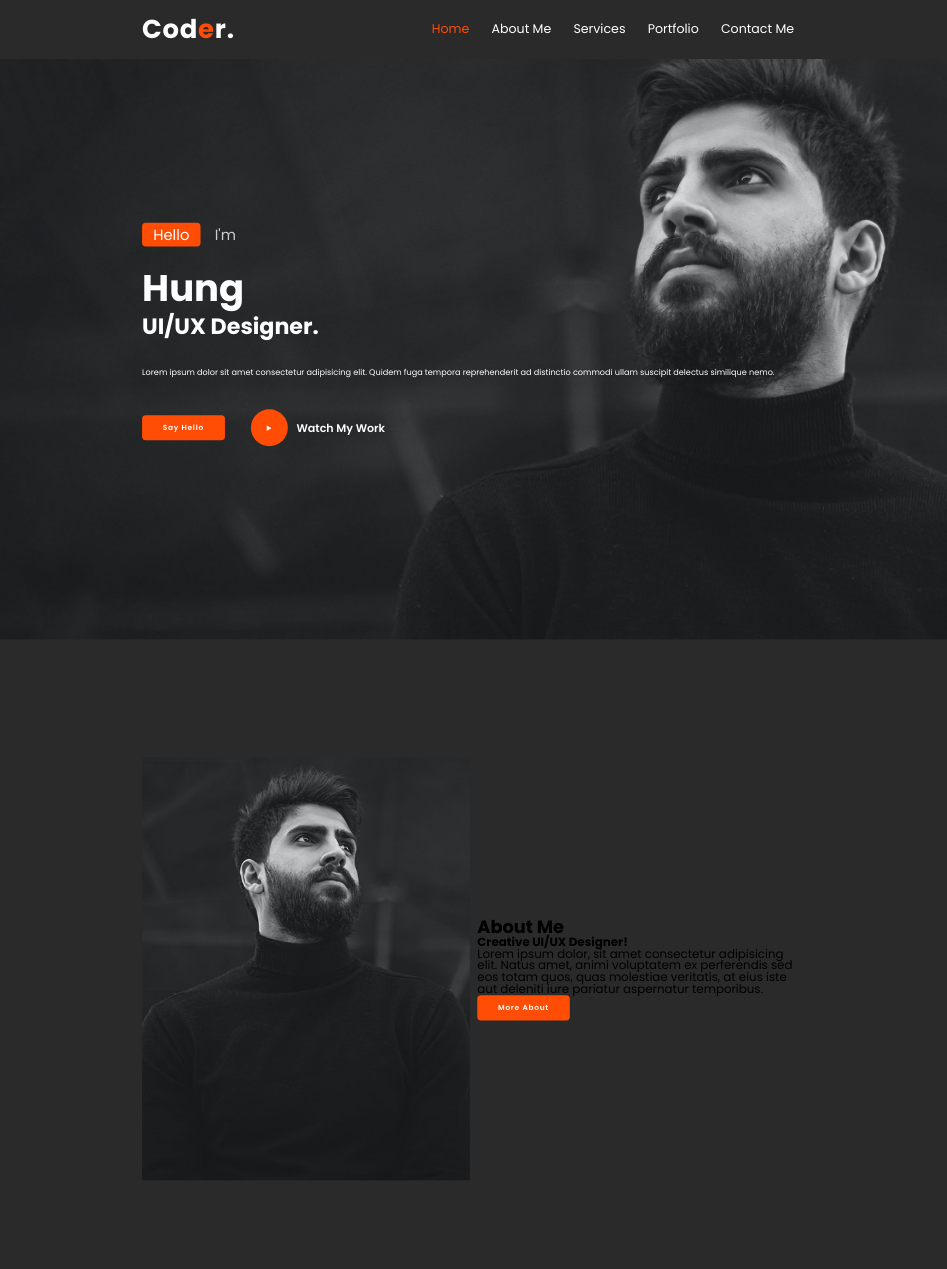
Repository: HungNg99/Protifolio2
Page: Portfolio/index.html
The author's editor kept a copy of each file at every save. The page is drawn from the files as they stood at one save, then again after the next save.
The browser window is 1280 px wide. The pictures show the whole page, at 74% of full size.

Above is the page before, as saved 2022-12-11 08:39:24.

### Portfolio/index.html
<!DOCTYPE html>
<html lang="en">

<head>
    <meta charset="UTF-8">
    <meta http-equiv="X-UA-Compatible" content="IE=edge">
    <meta name="viewport" content="width=device-width, initial-scale=1.0">
    <title>Portfolio</title>
    <link rel="stylesheet" href="./reset.css">
    <link rel="stylesheet" href="./style.css">
    <link rel="stylesheet" href="https://cdnjs.cloudflare.com/ajax/libs/font-awesome/6.2.1/css/all.min.css"
        integrity="sha512-MV7K8+y+gLIBoVD59lQIYicR65iaqukzvf/nwasF0nqhPay5w/9lJmVM2hMDcnK1OnMGCdVK+iQrJ7lzPJQd1w=="
        crossorigin="anonymous" referrerpolicy="no-referrer" />

        <link rel="stylesheet"
        href="https://unpkg.com/boxicons@latest/css/boxicons.min.css">

    <link
        href="https://fonts.googleapis.com/css2?family=Montserrat:wght@800&family=Poppins:ital,wght@0,300;0,400;0,600;0,700;1,600&family=Roboto:wght@300;500&display=swap"
        rel="stylesheet">
</head>

<body>
    <!-- header design-->
    <header>
        <a href="#" class="logo">Cod<span>e</span>r.</a>
        <ul class="nav-list">
            <li><a href="#home" class="nav-link active">
                    Home
                </a></li>
            <li><a href="#about" class="nav-link">
                    About Me
                </a></li>
            <li><a href="#services" class="nav-link">
                    Services
                </a></li>
            <li><a href="#portfolio" class="nav-link">
                    Portfolio
                </a></li>
            <li><a href="#contact" class="nav-link">
                    Contact Me
                </a></li>
        </ul>

        <div class="bx bx-menu" id="menu-icon">
        </div>
    </header>

    <!-- home section design -->
    <section class="home" id="home">
       <div class="home-text">
        <div class="slide">
            <span class="one">Hello</span>
            <span class="two">I'm</span>
        </div>
        <h1>Hung</h1>
        <h3>UI/UX <span>Designer.</span> </h3>
        <p>Lorem ipsum dolor sit amet consectetur adipisicing elit. Quidem fuga tempora reprehenderit ad distinctio commodi ullam suscipit delectus similique nemo.</p>
        <div class="button">
            <a href="#" class="btn">Say Hello</a>
            <a href="#" class="btn2"><span><i class='bx bx-play'></i>Watch My Work</span></a>
        </div>
       </div>
    </section>

    <!-- about section design -->
    <section class="about" id="about">
        <div class="about-img">
            <img src="./img/about.jpg" alt="">
        </div>
        <div class="about-text">
            <h2>About <span>Me</span></h2>
            <h4>Creative UI/UX Designer!</h4>
            <p>Lorem ipsum dolor, sit amet consectetur adipisicing elit. Natus amet, animi voluptatem ex perferendis sed eos totam quos, quas molestiae veritatis, at eius iste aut deleniti iure pariatur aspernatur temporibus.</p>
            <a href="#" class="btn">More About</a>
        </div>
    </section>
    <script src="./scripts.js"></script>
</body>

</html>

### Portfolio/reset.css
html {
    box-sizing: border-box;
  }
  * {
    margin: 0;
    padding: 0;
  }
  *,
  *:before,
  *:after {
    box-sizing: border-box;
  }
  input,
  textarea,
  select,
  button {
    outline: none;
  }
  input {
    line-height: normal;
  }
  label,
  button {
    cursor: pointer;
  }
  a {
    text-decoration: none;
  }
  img {
    display: block;
    max-width: 100%;
  }
  *,
  *:before,
  *:after {
    box-sizing: border-box;
  }
  /* using rem unit */
  html {
    font-size: 62.5%;
  }
  a {
    text-decoration: none;
  }
  img {
    display: block;
    max-width: 100%;
  }
  body {
    font-family: "Poppins", sans-serif;
    font-size: 16px;
    line-height: 1;
    list-style: none;
    scroll-behavior: smooth;
    /* height: 200vh; */
  }

### Portfolio/style.css
body{
    background-color: var(--bg-color);
}
:root {
    --bg-color: #2a2a2a;
    --second-bg-color: #202020;
    --text-color: #fff;
    --second-color: #ccc;
    --main-color: #ff4d05;
    --big-font: 5rem;
    --h2-font: 3rem;
    --p-font: 1.1rem;
}

header {
    position: fixed;
    width: 100%;
    top: 0;
    right: 0;
    z-index: 1000;
    background: var(--bg-color);
    padding: 22px 15%;
    border-bottom: 1px solid transparent;
    transition: all 0.45s ease;
    display: flex;
    justify-content: space-between;
    align-items: center;
}

.logo {
    color: var(--text-color);
    font-size: 35px;
    font-weight: 700;
    letter-spacing: 1px;
}

.logo span {
    color: var(--main-color);
}

.nav-list {
    display: flex;
    list-style: none;
}

.nav-list .nav-link {
    color: var(--text-color);
    margin: 0 15px;
    font-size: 17px;
    font-weight: 500;
    transition: all 0.45s ease;
}

.nav-list .nav-link:hover {
    color: var(--main-color);
}

.nav-list .nav-link.active {
    color: var(--main-color);
}

#menu-icon {
    color: var(--text-color);
    font-size: 35px;
    z-index: 10001;
    cursor: pointer;
    margin-left: 25px;
    display: none;

}

section {
    padding: 160px 15% 120px;
}

.home {
    position: relative;
    background-image: url(./img/background.jpg);
    background-repeat: no-repeat;
    background-position: center;
    background-size: cover;
    height: 120vh;
    width: 100%;
    display: flex;
    align-items: center;
    justify-content: flex-start;
}

.slide {
    margin-bottom: 30px;
}

.one {
    display: inline-block;
    margin-right: 15px;
    height: 32px;
    padding: 0 15px;
    line-height: 32px;
    font-size: 20px;
    font-weight: 500;
    border-radius: 5px;
    background-color: var(--main-color);
    color: var(--text-color);
}

.two {
    display: inline-block;
    color: var(--second-color);
    font-size: 20px;
    font-weight: 500;
}
.home-text h1 {
    font-size: var(--big-font);
    font-weight: 700;
    color: var(--text-color);
    line-height:1.1;
    margin: 0 0 8px;
}
.home-text h3{
    color: var(--text-color);
    margin: 0 0 35px;
    font-size: 3rem;
    font-weight: 700;
    line-height:1.1;
}
.home-text p{
    color: var(--text-color);
    font-size: var(--p-font);
    line-height:1.8;
    margin-bottom: 40px;
}
.button{
    display:flex;
    align-items: center;
    justify-content: flex-start;
}
.btn{
    display: inline-block;
    padding: 12px 28px;
    background: var(--main-color);
    border-radius: 5px;
    color: var(--text-color);
    font-size:1rem;
    letter-spacing: 1px;
    font-weight: 600;
    transition: all 0.45s ease;
}
.btn:hover{
    transform: scale(1.1);
}
.btn2{
    display: inline-flex;
    align-items: center;
    justify-content: center;
    font-size: 15px;
    font-weight:600;
    color: var(--text-color);
    margin-left: 35px;
}
.btn2 span{
    display: inline-flex;
    align-items: center;
    justify-content: center;
}
.btn2 span i{
    margin-right: 12px;
    height: 50px;
    width: 50px;
    border-radius: 50%;
    display: flex;
    align-items: center;
    justify-content: center;
    transition: all 0.45s ease;
    background-color: var(--main-color);
    color: var(--text-color);
}
.btn2 span i:hover{
    transform: scale(1.1);
}
header.sticky{
    background-color: transparent;
    border-bottom: 1px solid #ffffff1a;
    padding: 12px 15%;
}

.about{
    display: grid;
    grid-template-columns: repeat(2,1fr);
    align-items: center;
    gap: 1rem;
}


.about-img{

}
.about-text{

}
.about-text span{

}

Loaded but not shown: Portfolio/scripts.js (no copy from this time; the picture is the same without it)

After the next save:
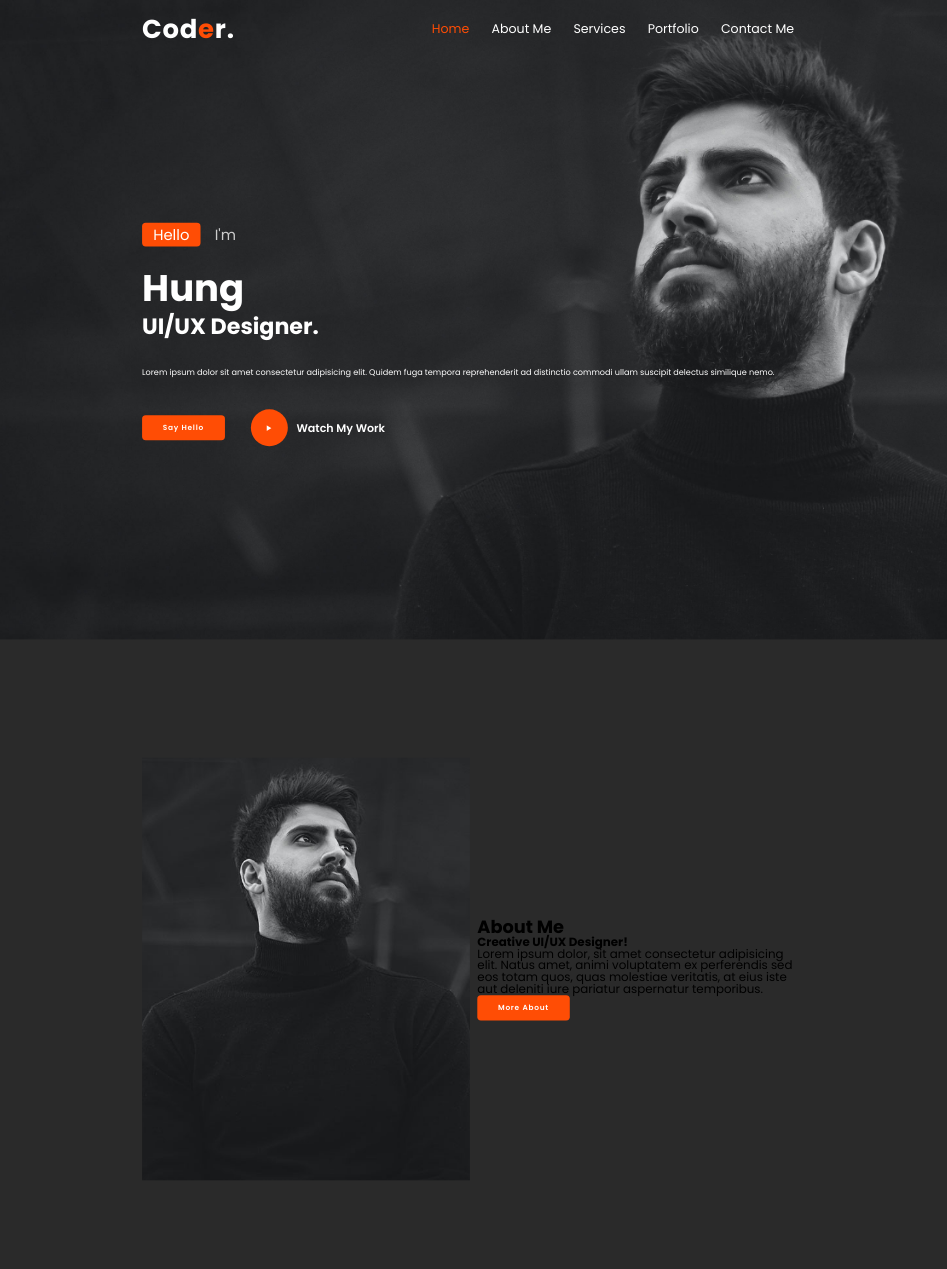
Saved 2 min 1 s later.
--- a/Portfolio/style.css
+++ b/Portfolio/style.css
@@ -18,7 +18,7 @@ header {
     top: 0;
     right: 0;
     z-index: 1000;
-    background: var(--bg-color);
+    background: transparent;
     padding: 22px 15%;
     border-bottom: 1px solid transparent;
     transition: all 0.45s ease;
@@ -178,7 +178,7 @@ section {
     transform: scale(1.1);
 }
 header.sticky{
-    background-color: transparent;
+    background-color: var(--bg-color);
     border-bottom: 1px solid #ffffff1a;
     padding: 12px 15%;
 }
